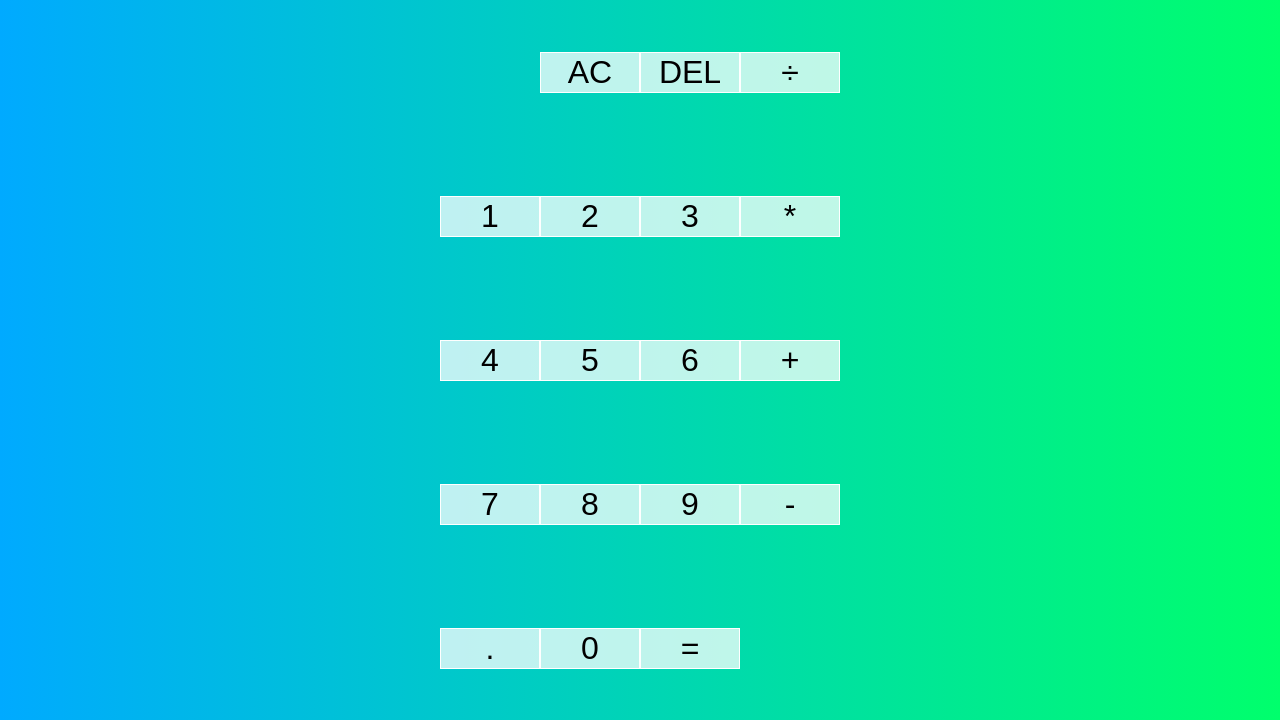
Repository: weazzyefff/Calculator-YT-Tutorial-
Page: index.html
These files come from the project's save history. The page is drawn as it stood at one moment and after the next save; the edit follows.
The browser window is 1280 px wide. The pictures show the whole page.

Above is the page before, as saved 2022-12-23 12:12:24.

### index.html
<!DOCTYPE html>
<html>
<head>
	<meta charset="utf-8">
	<meta name="viewport" content="width=device-width, initial-scale=1">
	<title>Calculator App</title>
    <link rel="stylesheet" href="styles.css">
    <script src="script.js" defer></script>
</head>
<body>
    <div class="calculator-grid">
    <div class="output">
        <div class="previous-operand"></div>
        <div class="current-operand"></div>
    </div>
    <button class="span-two">AC</button>
    <button>DEL</button>
    <button>÷</button>
    <button>1</button>
    <button>2</button>
    <button>3</button>
    <button>*</button>
    <button>4</button>
    <button>5</button>
    <button>6</button>
    <button>+</button>
    <button>7</button>
    <button>8</button>
    <button>9</button>
    <button>-</button>
    <button>.</button>
    <button>0</button>
    <button class="span-two">=</button>
    </div>

</body>
</html>

### styles.css
*, *::before, *::after {
    box-sizing: border-box;
    font-family: Gotham Rounded, sans-serif;
    font-weight: normal;
}

body {
    padding: 0;
    margin: 0;
    background: linear-gradient(to right, #00AAFF, #00FF6C);
}

.calculator-grid {
    display: grid;
    justify-content: center;
    align-items: center;
    min-height: 100vh;
    grid-template-columns: repeat(4,100px);
    grid-template-rows: minmax(120px, auto) repeat((5, 100px));
}

.calculator-grid > button {
    cursor: pointer;
    font-size: 2rem;
    border: 1px solid white;
    outline: none;
    background-color: rgba(255,255,255, .75);
}

.calculator-grid > button:hover {
    background-color:rgba(255,255,255, .9);
}

Loaded but not shown: script.js (no stored copy; drawn as an empty file)

After the next save:
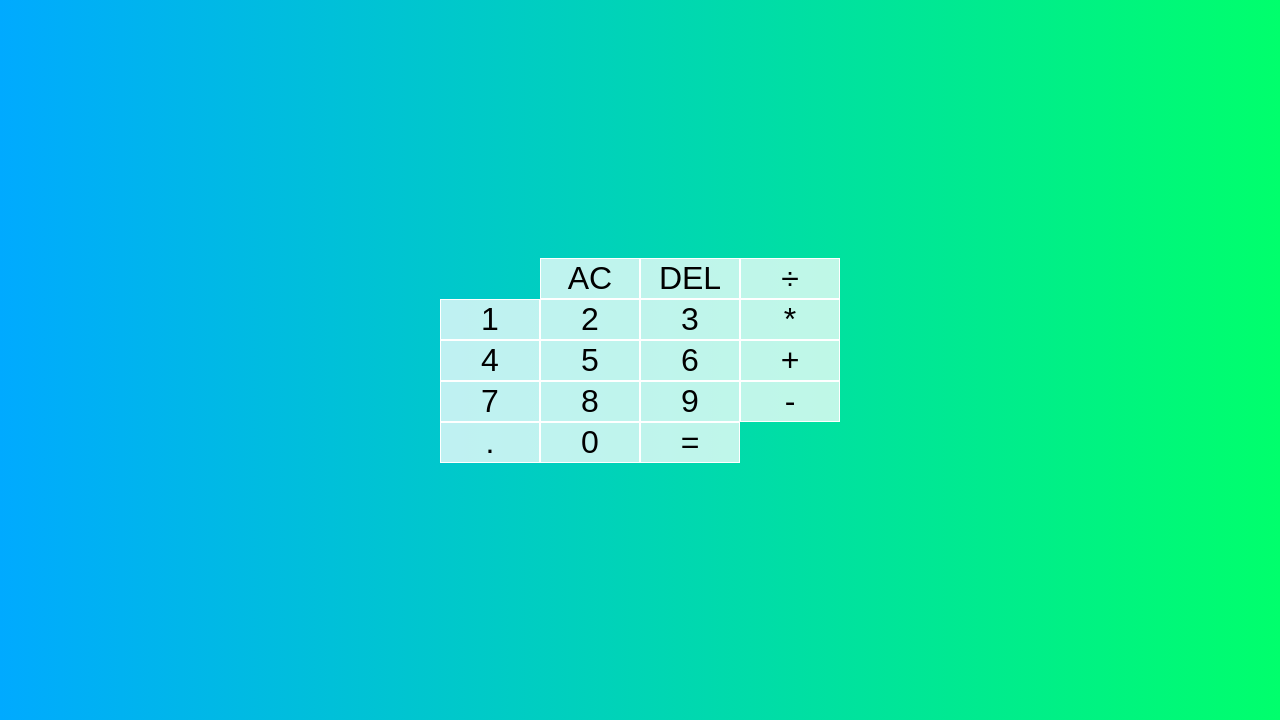
Saved 55 s later.
--- a/styles.css
+++ b/styles.css
@@ -13,7 +13,7 @@ body {
 .calculator-grid {
     display: grid;
     justify-content: center;
-    align-items: center;
+    align-content: center;
     min-height: 100vh;
     grid-template-columns: repeat(4,100px);
     grid-template-rows: minmax(120px, auto) repeat((5, 100px));
